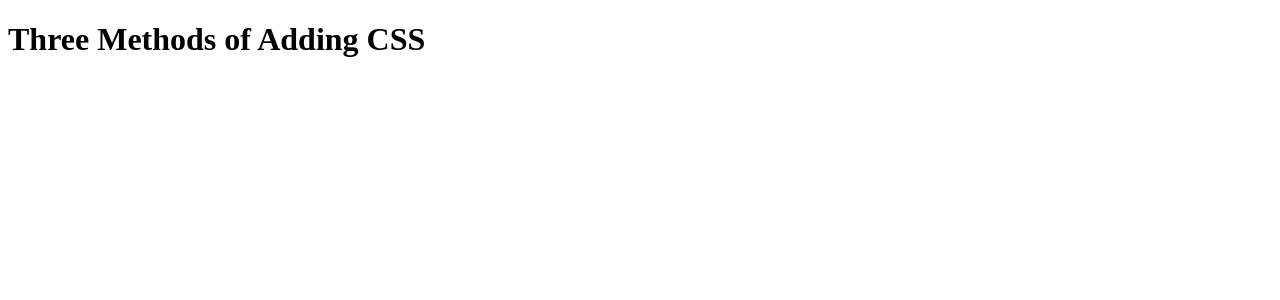
Repository: arzeee/Web_Course
Page: 5.1+Adding+CSS/5.1. Adding CSS/index.html
An editor plug-in stored every save of this project. The page is shown before and after a run of saves, followed by the edit.
The browser window is 1280 px wide. The pictures show the whole page.

Above is the page before, as saved 2024-12-06 10:07:02.

### 5.1+Adding+CSS/5.1. Adding CSS/index.html
<!DOCTYPE html>
<html lang="en">

<head>
  <meta charset="UTF-8">
  <title>Adding CSS</title>
</head>

<body>
  <h1>Three Methods of Adding CSS</h1>
  <!-- Create 3 Links to The 3 Webpages: inline, internal and external -->
   <p><a href="inline.html"></a></p>
</body>

</html>

After the next 4 saves:
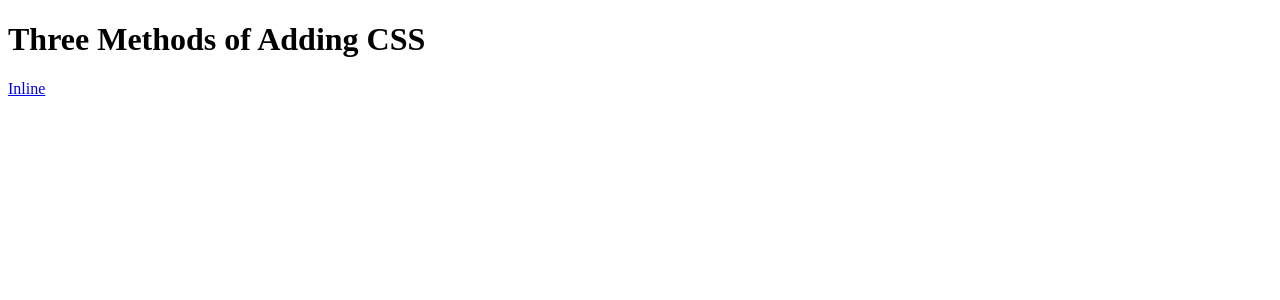
The 4 saves are shown as one change because they came seconds apart.
The last was saved 11 s later.
--- a/5.1+Adding+CSS/5.1. Adding CSS/index.html
+++ b/5.1+Adding+CSS/5.1. Adding CSS/index.html
@@ -9,7 +9,7 @@
 <body>
   <h1>Three Methods of Adding CSS</h1>
   <!-- Create 3 Links to The 3 Webpages: inline, internal and external -->
-   <p><a href="inline.html"></a></p>
+   <p><a href="inline.html">Inline</a> <a href=""></a></p>
 </body>
 
 </html>
